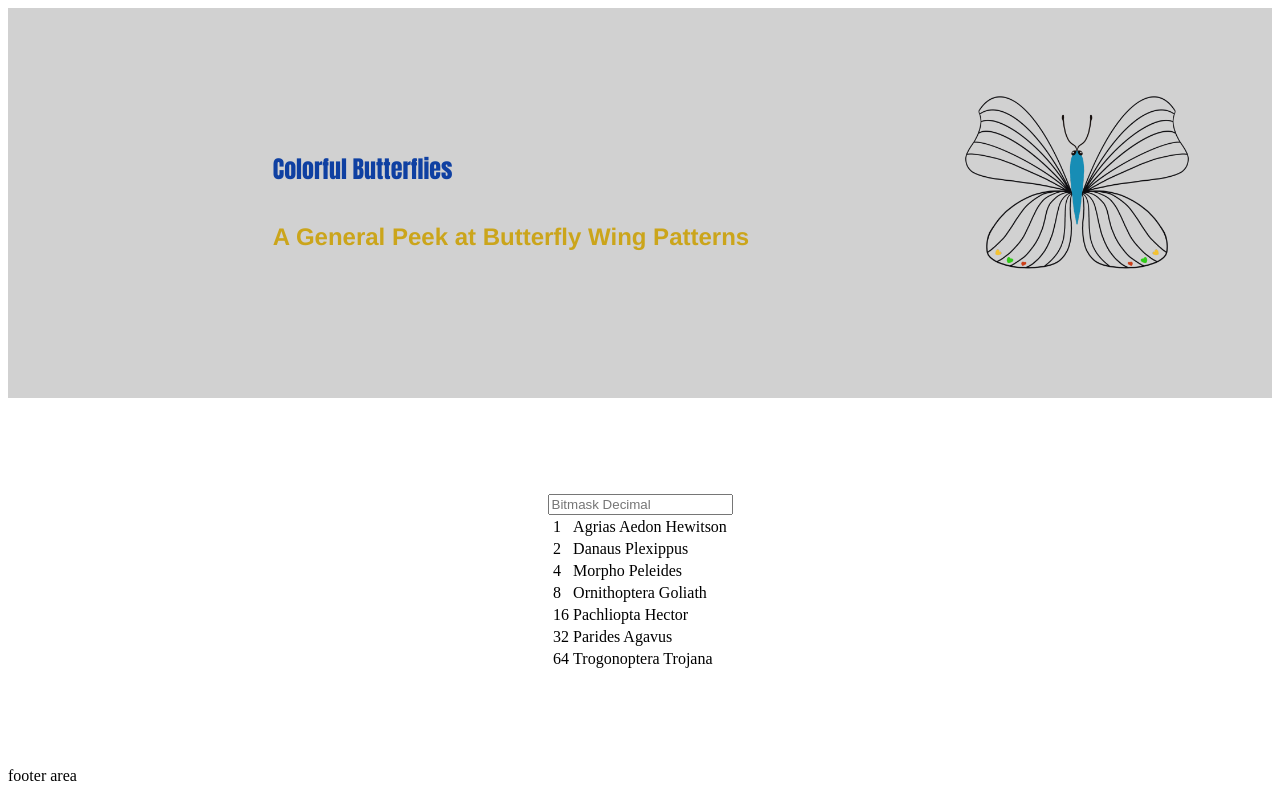
Repository: MeowCeline00/assessment-2
Page: /
These files come from the project's save history. The page is drawn as it stood at one moment and after a run of saves; the edit follows.
The browser window is 1280 px wide. The pictures show the whole page.
The project was rebuilt for these pictures with package versions that can differ from the ones it lists, and the page was loaded fresh each time. The framework's server and built-in components were replaced by stand-ins that run in the browser. Also part of the build but not shown: next.config.mjs.

Above is the page before, as saved 2024-02-07 22:02:24.

### pages/index.js
import Head from "next/head";
import { useState } from "react";
import styles from "@/styles/Home.module.css";
import Header from "@/Components/Header";


export default function Home() {

  // Butterfly Patterns
  const classFilters = {
    //key : value
    1: 'Agrias Aedon Hewitson',
    2: 'Danaus Plexippus',
    4: 'Morpho Peleides',
    8: 'Ornithoptera Goliath',
    16: 'Pachliopta Hector',
    32: 'Parides Agavus',
    64: 'Trogonoptera Trojana'
  }

  const [input, setInput] = useState();
                                    // 3
                                    // 2 & 2 Remainder 1
                                    // 1 & 1 Remainder 0
                                    // 9
                                    // 8 & 8 Remainder 1
                                    // 1 & 1 Remainder 0
  const getClassStyle = flagValue => (input & flagValue) > 0 ? {backgroundColor: 'yellow'} : null;

  return (
    <>
      <Head>
        <title>General View of Butterfly Wing Patterns</title>
        <meta name="description" content="General View of Butterfly Wing Patterns" />
        <meta name="viewport" content="width=device-width, initial-scale=1" />
        <link rel="icon" href="/butt_favicon.ico" />
      </Head>
      <Header />
      <main className={`${styles.main}`}>
       <input
       id="input"
       type="text"
       placeholder='Bitmask Decimal'
       value={input}
       onChange={event => setInput(event.target.value)}
       />
       <table>
        <tbody>
          {
            Object.keys(classFilters).map(item => (
              <tr key={item} style={getClassStyle(item)}>
                <td>{item}</td>
                <td>{classFilters[item]}</td>
              </tr>
            ))
          }
        </tbody>
       </table>
      </main>
      <footer>footer area</footer>
    </>
  );
}

### styles/Home.module.css
.main {
  display: flex;
  flex-direction: column;
  justify-content: space-between;
  align-items: center;
  padding: 6rem;
  min-height: 20vh;
}

### Components/Header/index.js
import Image from 'next/image';
import styles from './Header.module.css';

export default function Header() {
    return (
        <header className={styles.header}>
            <div className={styles.titleArea}>
                <h1> Colorful Butterflies</h1>
                <h2> A General Peek at Butterfly Wing Patterns</h2>
            </div>
            <div className={styles.logoArea}>
                <img src={"/logo.png"} alt="Butterfly Logo" width={350} />
            </div>
        </header>
    );
}

### Components/Header/Header.module.css
.header {
    display: flex;
    justify-content: space-between;
    align-items: center;
    padding: 20px;
    background-color: #d1d1d1;
}

.titleArea {
    display: flex;
    flex-direction: column;
    padding-left: 20%;
}

.titleArea h1 {
    color: rgb(15, 64, 162);
    font-size: x-large;
    font-family: Impact, Haettenschweiler, 'Arial Narrow Bold', sans-serif;
}

.titleArea h2 {
    color: rgb(203, 165, 27);
    font-family: 'Franklin Gothic Medium', 'Arial Narrow', Arial, sans-serif;
}

.logoArea {
  display: flex;
  padding-right: ;
}

Loaded but not shown: pages/_app.js (common file); pages/_document.js (common file); styles/globals.css (common file)

After the next 2 saves:
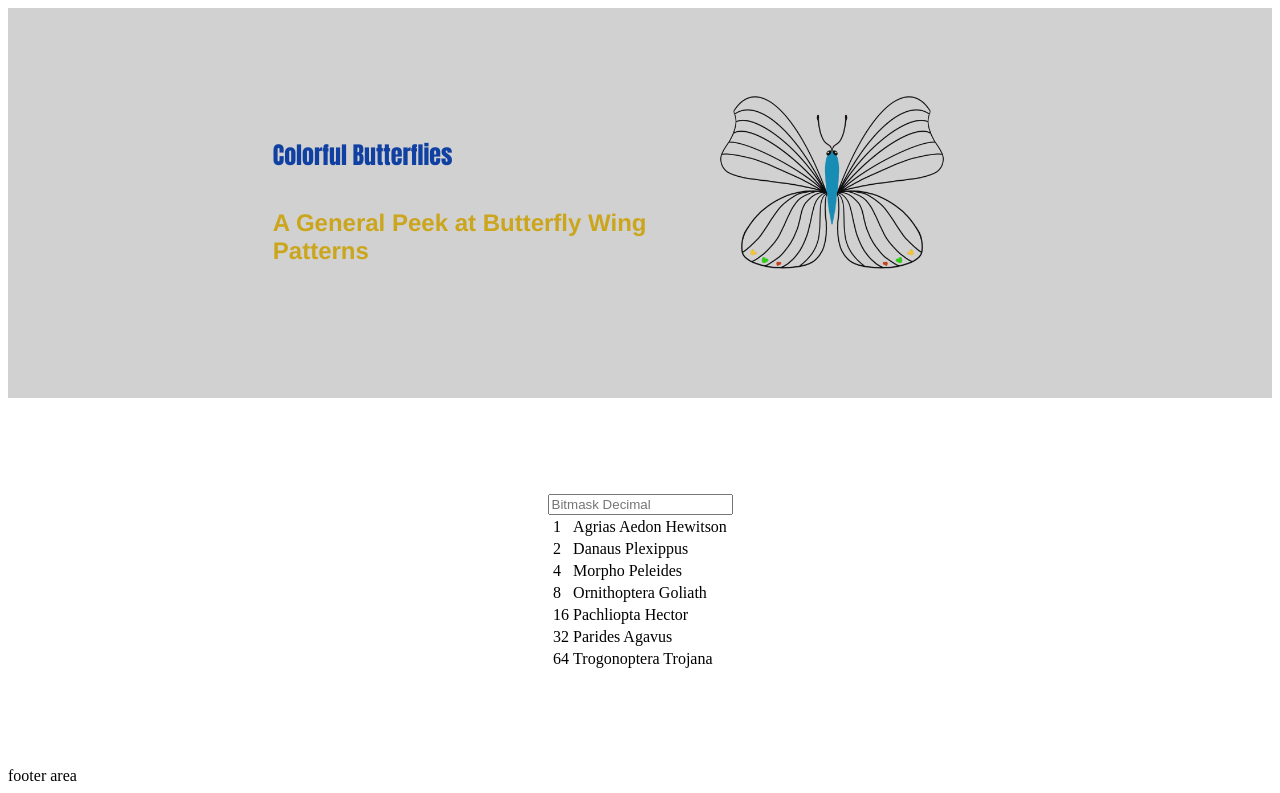
The 2 saves are shown as one change because they came seconds apart.
The last was saved 5 s later.
--- a/Components/Header/Header.module.css
+++ b/Components/Header/Header.module.css
@@ -25,5 +25,5 @@
 
 .logoArea {
   display: flex;
-  padding-right: ;
+  padding-right: 20%;
 }
